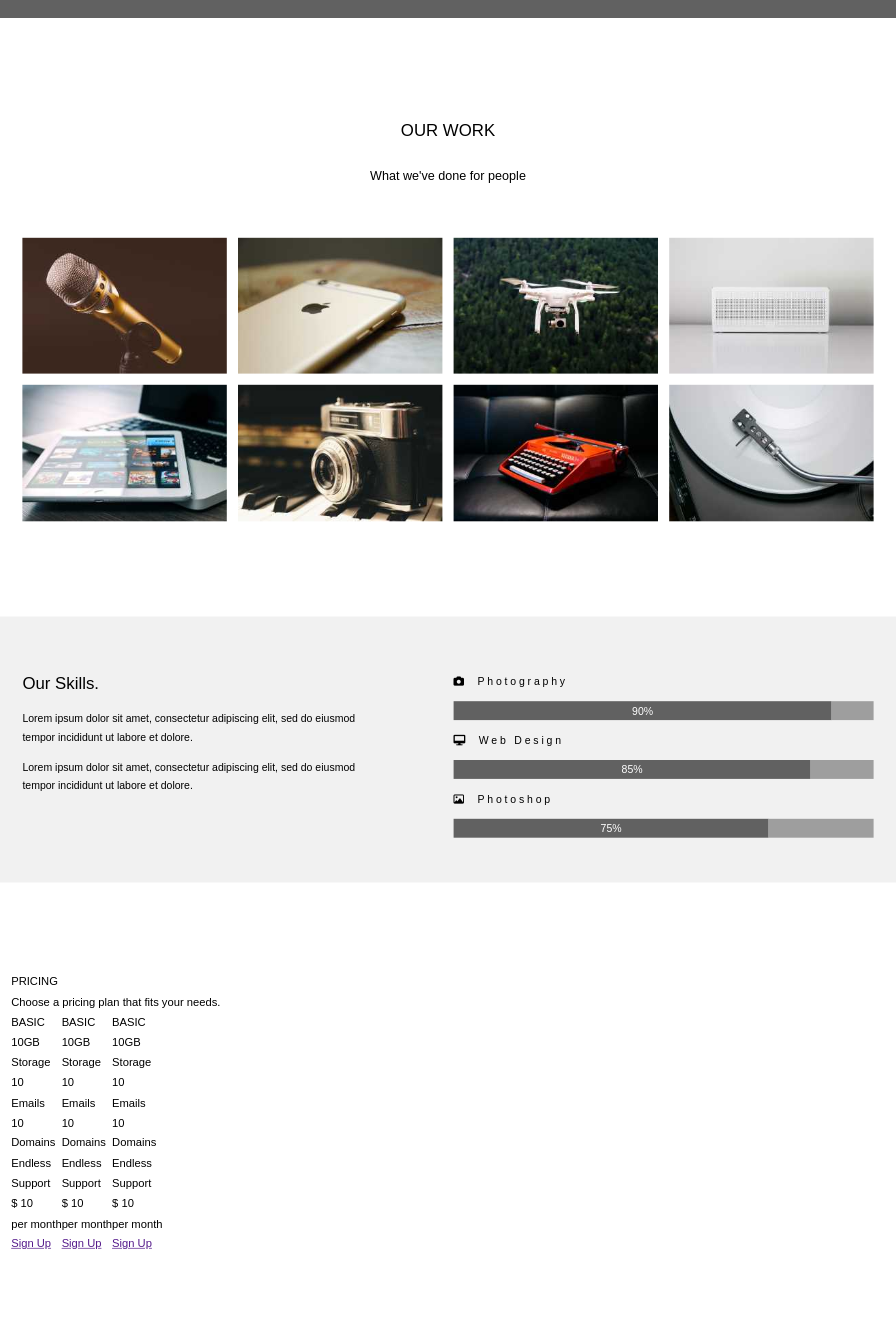
Repository: husterDC/Test
Page: index.html
These files come from the project's save history. The page is drawn as it stood at one moment and after the next save; the edit follows.
The browser window is 1280 px wide. The pictures show the part of the page from y = 3364 to 5284 px (the page is 5284 px tall before and 5259 px after), at 70% of full size.

Above is the page before, as saved 2022-10-14 11:04:23.

After the next save:
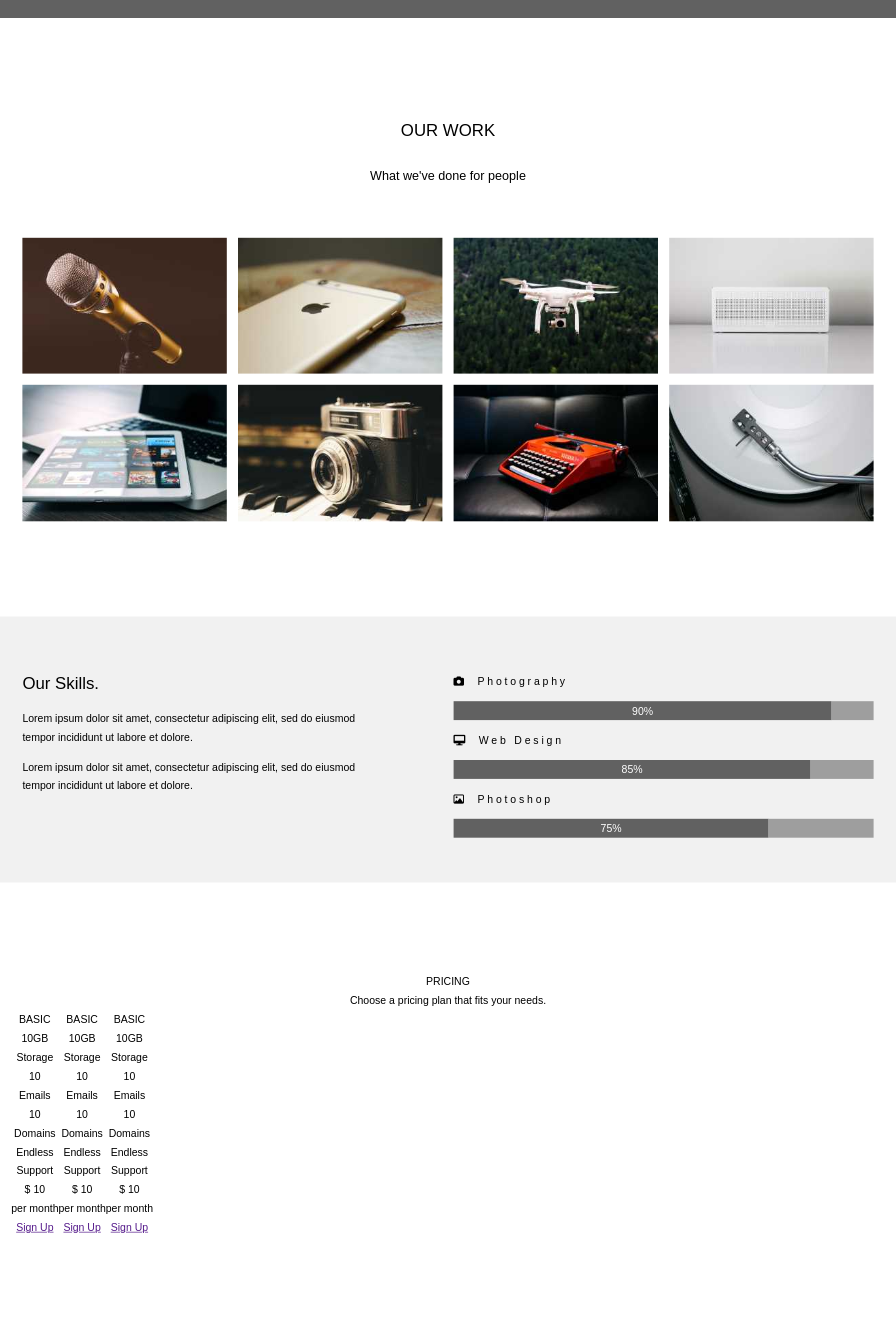
Saved 80 s later.
--- a/assets/style.css
+++ b/assets/style.css
@@ -327,6 +327,10 @@
     top: 0;
     right: calc(100% * 25 / 75 * -1);
 }
+#container_pricing {
+    font-size: 15px;
+    text-align: center;
+}
 .container_pricing-list {
     display: flex;
 }
